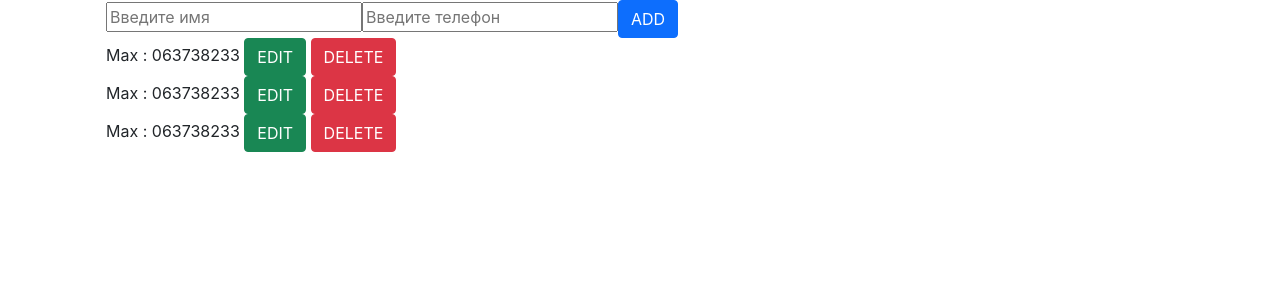
Repository: tsydikov/phone_book
Page: /
These files come from the project's save history. The page is drawn as it stood at one moment and after the next save; the edit follows.
The browser window is 1280 px wide. The pictures show the whole page.
The project was rebuilt for these pictures with package versions that can differ from the ones it lists, and the page was loaded fresh each time. Also part of the build but not shown: src/App.css, src/components/Update.jsx.

Above is the page before, as saved 2021-10-07 22:06:32.

### public/index.html
<!DOCTYPE html>
<html lang="en">
  <head>
    <meta charset="utf-8" />
    <meta name="viewport" content="width=device-width, initial-scale=1" />
    <meta name="theme-color" content="#000000" />
    <link
      rel="stylesheet"
      href="https://cdn.jsdelivr.net/npm/bootstrap@5.1.1/dist/css/bootstrap.min.css"
      integrity="sha384-F3w7mX95PdgyTmZZMECAngseQB83DfGTowi0iMjiWaeVhAn4FJkqJByhZMI3AhiU"
      crossorigin="anonymous"
    />
    <title>Briz test</title>
  </head>
  <body>
    <noscript>You need to enable JavaScript to run this app.</noscript>
    <div id="root"></div>
  </body>
</html>

### src/index.js
import React from "react";
import ReactDOM from "react-dom";
import "./index.css";
import App from "./App";
import { Provider } from "react-redux";
import { store } from "./store/reducer";

ReactDOM.render(
  <Provider store={store}>
    <App />
  </Provider>,
  document.getElementById("root")
);

### src/App.js
import React from "react";
import { Col, Container, Row } from "react-bootstrap";
import "./App.css";
import Form from "./components/Form";
import PhoneList from "./components/PhoneList";

function App() {
  return (
    <Container>
      <Row>
        <Col>
          <Form />
        </Col>
      </Row>
      <Row>
        <Col>
          <PhoneList />
        </Col>
      </Row>
    </Container>
  );
}

export default App;

### src/store/reducer.js
import { createStore } from "redux";
import { CREATE, DELETE, UPDATE } from "./types";

const defaultState = {
  phoneBook: [
    { id: 1, name: "Max", phoneNamber: "063738233" },
    { id: 2, name: "Max", phoneNamber: "063738233" },
    { id: 3, name: "Max", phoneNamber: "063738233" },
  ],
};

const reducer = (state = defaultState, action) => {
  switch (action.type) {
    case CREATE:
      return { ...state, phoneBook: [...state.phoneBook, action.payload] };
    case DELETE:
      return {
        ...state,
        phoneBook: state.phoneBook.filter(
          (phone) => phone.id !== action.payload
        ),
      };
    case UPDATE:
      return {
        ...state,
        phoneBook: state.phoneBook.map((item) => {
          if (item.id === action.payload.id) {
            return {
              ...item,
              ...action.payload,
            };
          } else {
            return item;
          }
        }),
      };
    default:
      return state;
  }
};

export const store = createStore(reducer);

### src/components/Form.jsx
import React, { useState } from "react";
import { Button, Container } from "react-bootstrap";
import { useDispatch } from "react-redux";
import { addItem } from "../store/actions";

const Form = () => {
  const [name, setName] = useState("");
  const [phone, setPhone] = useState("");
  const dispatch = useDispatch();
  const addNewPhoneBookItem = () => {
    const newItem = {
      id: Date.now(),
      name: name,
      phoneNamber: phone,
    };
    if (name && phone) {
      dispatch(addItem(newItem));
      setName("");
      setPhone("");
    } else alert("поле имя и телефон должно быть заполнено");
  };
  return (
    <Container>
      <input
        type="text"
        value={name}
        placeholder="Введите имя"
        onChange={(e) => setName(e.target.value)}
      />
      <input
        type="text"
        value={phone}
        placeholder="Введите телефон"
        onChange={(e) => setPhone(e.target.value)}
      />
      <Button onClick={addNewPhoneBookItem}>ADD</Button>
    </Container>
  );
};

export default Form;

### src/components/PhoneList.jsx
import React, { useState } from "react";
import { useSelector } from "react-redux";
import PhoneItem from "./PhoneItem";
import Update from "./Update";

const PhoneList = () => {
  const [editItemActive, setEditItemActive] = useState(null);
  const phoneBook = useSelector((state) => state.phoneBook);
  const editPhoneBookItem = (id) => {
    setEditItemActive(id);
  };
  console.log(phoneBook);
  return (
    <div>
      {editItemActive ? (
        <Update
          key={editItemActive}
          updateId={editItemActive}
          update={setEditItemActive}
        />
      ) : (
        phoneBook.map((phone) => (
          <PhoneItem
            key={phone.id}
            phone={phone}
            editItem={editPhoneBookItem}
          />
        ))
      )}
    </div>
  );
};

export default PhoneList;

### src/store/types.js
export const CREATE = "CREATE";
export const UPDATE = "UPDATE";
export const DELETE = "DELETE";

### src/store/actions.js
import { CREATE, DELETE, UPDATE } from "./types";

export const addItem = (item) => ({ type: CREATE, payload: item });
export const deleteItem = (id) => ({ type: DELETE, payload: id });
export const updateItem = (item) => ({ type: UPDATE, payload: item });

### src/components/PhoneItem.jsx
import React from "react";
import { Button, Col, Container, Row } from "react-bootstrap";
import { useDispatch } from "react-redux";
import { deleteItem } from "../store/actions";

const PhoneItem = ({ phone, editItem }) => {
  const dispatch = useDispatch();
  const deletePhoneBookItem = () => {
    dispatch(deleteItem(phone.id));
  };
  return (
    <Container>
      <Row>
        <Col>
          {phone.name} : {phone.phoneNamber}{" "}
          <Button variant="success" onClick={() => editItem(phone.id)}>
            EDIT
          </Button>{" "}
          <Button variant="danger" onClick={deletePhoneBookItem}>
            DELETE
          </Button>
        </Col>
      </Row>
    </Container>
  );
};

export default PhoneItem;

Loaded but not shown: src/index.css (common file)

After the next save:
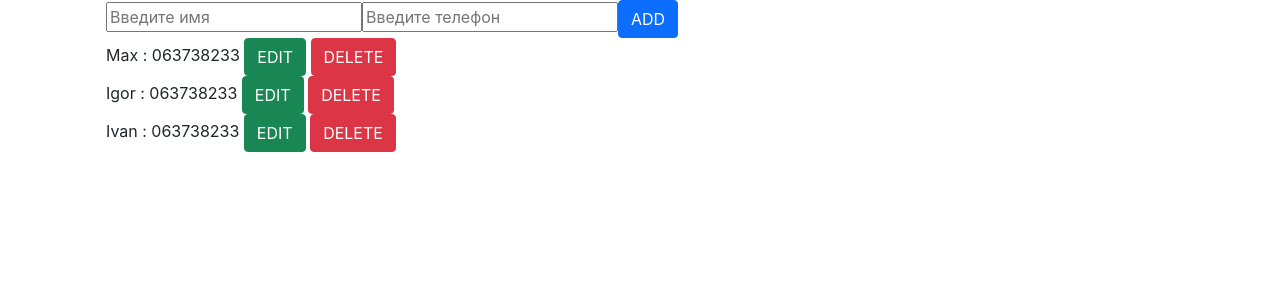
Saved 19 s later.
--- a/src/store/reducer.js
+++ b/src/store/reducer.js
@@ -4,8 +4,8 @@ import { CREATE, DELETE, UPDATE } from "./types";
 const defaultState = {
   phoneBook: [
     { id: 1, name: "Max", phoneNamber: "063738233" },
-    { id: 2, name: "Max", phoneNamber: "063738233" },
-    { id: 3, name: "Max", phoneNamber: "063738233" },
+    { id: 2, name: "Igor", phoneNamber: "063738233" },
+    { id: 3, name: "Ivan", phoneNamber: "063738233" },
   ],
 };
 
